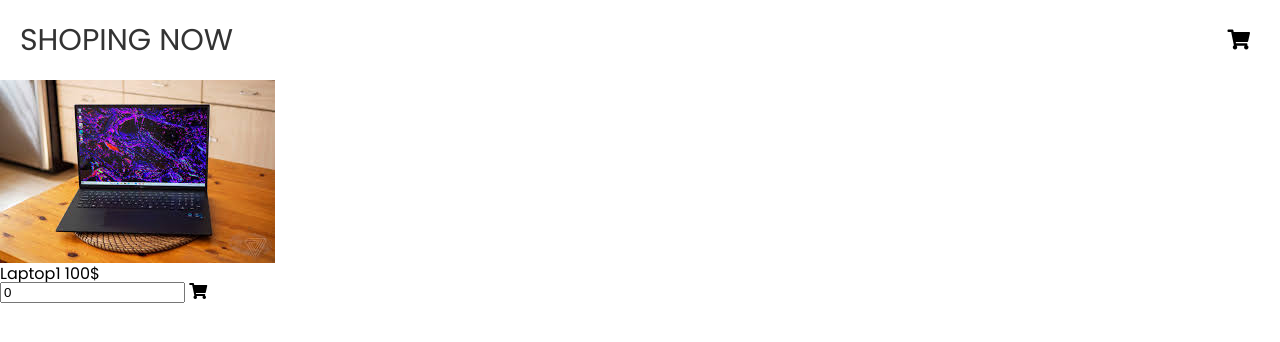
Repository: nttthao9/shopingcart
Page: index.html
These files come from the project's save history. The page is drawn as it stood at one moment and after the next save; the edit follows.
The browser window is 1280 px wide. The pictures show the whole page.
Some web libraries are served in a nearby version.

Above is the page before, as saved 2021-10-04 14:17:40.

After the next save:
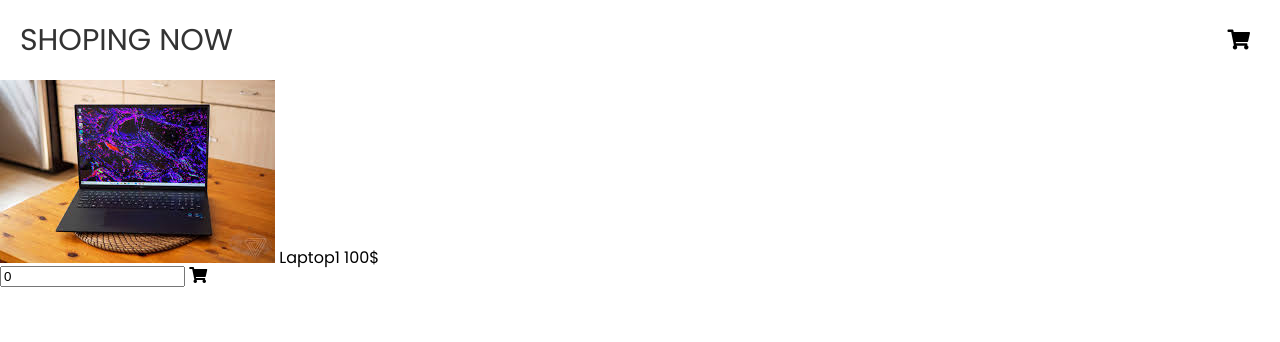
Saved 23 s later.
--- a/index.html
+++ b/index.html
@@ -27,12 +27,12 @@
     <div class="product-list">
       <div class="product-item">
         <img src="./images/laptop1.jpg" alt="" class="product-image">
-        <div class="product-desc">
-          <span class="product-name">Laptop1</span>
-          <span class="product-price">100$</span>
+        <span class="product-name">Laptop1</span>
+        <span class="product-price">100$</span>
+        <div class="product-buy">
+          <input type="number" name="" id="" class="product-count" value="0" min="0">
+          <i class="fas fa-shopping-cart cart-icon"></i>
         </div>
-        <input type="number" name="" id="" class="product-count" value="0" min="0">
-        <i class="fas fa-shopping-cart cart-icon"></i>
 
       </div>
     </div>
